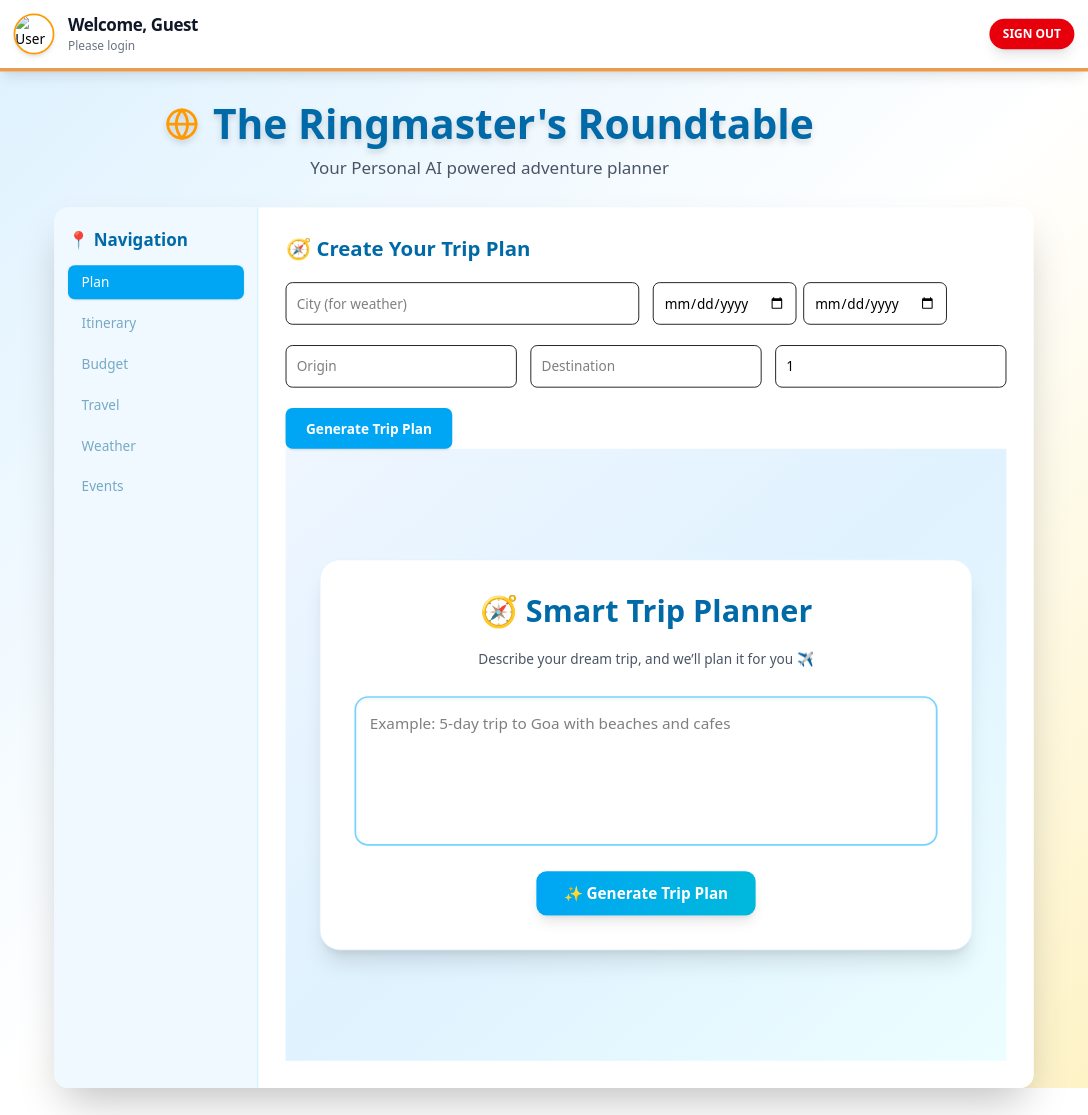
Repository: vega2006/The-Ringmaster-s-Roundtable
Page: /prompt (app in client/)
These files come from the project's save history. The page is drawn as it stood at one moment and after the next save; the edit follows.
The browser window is 1280 px wide. The pictures show the whole page, at 85% of full size.
The page's requests for data from a server got no answer. The project was rebuilt for these pictures with package versions that can differ from the ones it lists, and the page was loaded fresh each time. No one was signed in, and anything a server would have sent is missing. Also part of the build but not shown: client/vite.config.js, client/src/components/GoogleLogin.jsx, client/src/components/NotFound.jsx, client/src/components/WeatherContent.jsx, client/src/components/TravelContent.jsx, client/src/components/ItineraryContent.jsx, client/src/components/BudgetContent.jsx, client/src/components/EventsContent.jsx and 2 more.

Above is the page before, as saved 2025-10-08 23:34:04.

### client/src/App.jsx


import { GoogleOAuthProvider } from "@react-oauth/google";
import GoogleLogin from "./components/GoogleLogin";
import { BrowserRouter, Route, Routes, Navigate } from 'react-router-dom';
import { useState } from 'react';
import RefreshHandler from './components/RefreshHandler';
import NotFound from './components/NotFound';
import Dashboard from "./pages/Dashboard";
import Home from "./pages/Home";
import AIDashboard from "./pages/AIDashboard";
export default function App() {
  const [isAuthenticated, setIsAuthenticated] = useState(false);

  const GoogleWrapper = () => (
    <GoogleOAuthProvider clientId="1054190178825-cc3eg87b9uvh9hfn384ge5sqe5hq9l5v.apps.googleusercontent.com">
      <GoogleLogin />
    </GoogleOAuthProvider>
  );

  const PrivateRoute = ({ element }) => {
    return isAuthenticated ? element : element;
  };

  return (
    <BrowserRouter>
      <RefreshHandler setIsAuthenticated={setIsAuthenticated} />
      <Routes>
        {/* Public route for the Home page, where users can sign in */}
        <Route path="/" element={<Home isAuthenticated={isAuthenticated} />} />

        {/* This is the login page. Redirect to home after login. */}
        <Route path="/login" element={<GoogleWrapper />} />

        {/* This is the protected dashboard route */}
        <Route path='/dashboard' element={<PrivateRoute element={<Dashboard />} />} />
         <Route path='/prompt' element={<PrivateRoute element={<AIDashboard />} />} />

        {/* Catch-all route for invalid URLs */}
        <Route path="*" element={<NotFound />} />
      </Routes>
    </BrowserRouter>
  );
}

### client/src/components/RefreshHandler.jsx
import React, { useEffect } from 'react';
import { useLocation, useNavigate } from 'react-router-dom';

function RefrshHandler({ setIsAuthenticated }) {
    const location = useLocation();
    const navigate = useNavigate();

    useEffect(() => {
        const data = localStorage.getItem('user-info');
        const token = JSON.parse(data)?.token;
        if (token) {
            setIsAuthenticated(true);
            if (location.pathname === '/' ||
                location.pathname === '/login'
            ) {
                navigate('/dashboard', { replace: false });
            }
        }
    }, [location, navigate, setIsAuthenticated])

    return (
        null
    )
}

export default RefrshHandler

### client/src/pages/AIDashboard.jsx
;

import {TripProvider } from "../contexts/TripContext";
import AppHeader from "../components/AppHeader";
import Sidebar from "../components/Sidebar";
import MainContent from "../components/MainContent";
import ContentRouter from "../components/ContentRouter";
import React, { useEffect, useState } from 'react'
import { useNavigate } from 'react-router-dom';
import PlanByPrompt from "../components/PlanByPrompt";
const AIDashboard = () => {

     const [userInfo, setUserInfo] = useState(null);
    const navigate = useNavigate();

    useEffect(()=>{
        const data = localStorage.getItem('user-info');
        const userData = JSON.parse(data);
        setUserInfo(userData);
    },[])

    const handleLogout = ()=>{
        localStorage.removeItem('user-info');
        navigate('/login');
    }


  return (
    <div>
      <div className="sticky top-0 z-10 bg-white shadow-lg p-3 sm:p-4 border-b-4 border-amber-600/70">
                <div className="max-w-7xl mx-auto flex justify-between items-center">

                    {/* User Info Display */}
                    <div className="flex items-center space-x-4">
                        <img
                            className="w-12 h-12 rounded-full object-cover shadow-md border-2 border-amber-500"
                            src={userInfo?.image}
                            alt={userInfo?.name || 'User'}
                            onError={(e) => { e.target.onerror = null; e.target.src="https://placehold.co/40x40/FFC107/333?text=?" }}
                        />
                        <div className="hidden sm:block">
                            <h1 className="text-xl font-bold text-gray-900 tracking-tight">Welcome, {userInfo?.name || 'Guest'}</h1>
                            <h3 className="text-sm text-gray-500">{userInfo?.email || 'Please login'}</h3>
                        </div>
                        <div className="sm:hidden text-lg font-bold text-gray-900">
                           {userInfo?.name ? `Hello, ${userInfo.name.split(' ')[0]}!` : 'Hello!'}
                        </div>
                    </div>

                    {/* Logout Button (Stylized and positioned on the right) */}
                    <button
                        onClick={handleLogout}
                        className="px-4 py-2 bg-red-600 text-white font-semibold rounded-full shadow-lg hover:bg-red-700
                                   transition duration-150 transform hover:scale-[1.02] active:scale-95
                                   focus:outline-none focus:ring-4 focus:ring-red-300 uppercase text-sm"
                    >
                        Sign Out
                    </button>
                </div>
            </div>

      <TripProvider>

        <div className="min-h-screen bg-gradient-to-br from-sky-100 via-white to-amber-100 font-inter">
          <AppHeader />
          <div className="max-w-6xl mx-auto grid grid-cols-1 md:grid-cols-[240px_1fr] bg-white shadow-2xl rounded-2xl overflow-hidden mt-4 mb-8">
            <Sidebar />


            <MainContent>

                         <ContentRouter />
                          <PlanByPrompt/>
                       </MainContent>

          </div>
        </div>
    </TripProvider>

    </div>
  )
}
export default AIDashboard

### client/src/api/api.jsx
import axios from "axios";

const API_BASE = `${import.meta.env.VITE_BACKEND_URL}/api`;


const api = axios.create({
    baseURL: "http://localhost:4000/auth/",
    // withCredentials: true,
});

export const googleAuth = (code) => api.get(`/google?code=${code}`);


export const getWeather = (city, travelDate) =>
  axios.get(`${API_BASE}/weather?city=${encodeURIComponent(city)}&travelDate=${encodeURIComponent(travelDate)}`);
;

export const getRoute = (origin, destination, travelDate) =>
  axios.get(`${API_BASE}/maps?origin=${encodeURIComponent(origin)}&destination=${encodeURIComponent(destination)}&travelDate=${encodeURIComponent(travelDate)}`);


export const getEvents = (destination, startTravelDate, endTravelDate) =>
  axios.get(`${API_BASE}/events`, {
    params: {
      city: destination,
      startDate: startTravelDate,
      endDate: endTravelDate,
    },
  });

export const getTripBudget = async (payload) => {
  // console.log(payload);
  return axios.post(`${API_BASE}/budget`, payload);
};


export const getItinerary = async (destination,    startDate, endDate) => {
  return axios.post(`${API_BASE}/itinerary/generate`, {
      destination,
      startDate,
      endDate,
    });
};

### client/src/contexts/TripContext.jsx
import { createContext, useContext, useState, useMemo } from "react";
import { getWeather, getRoute, getTripBudget } from "../api/api";
import { API_URL, RESPONSE_SCHEMA } from "../utils/constants";

const TripContext = createContext(null);

export const useTrip = () => {
  const context = useContext(TripContext);
  if (!context) throw new Error("useTrip must be used within a TripProvider");
  return context;
};
const calculateDuration = (start, end) => {
  if (!start || !end) return 0;

  const startDate = new Date(start + "T00:00:00Z");
  const endDate = new Date(end + "T00:00:00Z");

  if (isNaN(startDate.getTime()) || isNaN(endDate.getTime())) return 0;

  const timeDifference = endDate.getTime() - startDate.getTime();

  const dayDifference = Math.round(timeDifference / (1000 * 3600 * 24));

  return Math.max(1, dayDifference + 1);
};
export const TripProvider = ({ children }) => {
  const [prompt, setPrompt] = useState("");
  const [tripPlan, setTripPlan] = useState(null);
  const [isLoading, setIsLoading] = useState(false);
  const [error, setError] = useState(null);

  const [city, setCity] = useState("");
  const [origin, setOrigin] = useState("");
  const [destination, setDestination] = useState("");
  const [startTravelDate, setStartTravelDate] = useState("");
  const [endTravelDate, setEndTravelDate] = useState("");

  const [activeTab, setActiveTab] = useState("Plan");
  const [manualWeather, setManualWeather] = useState(null);
  const [manualRoute, setManualRoute] = useState(null);

  const [eventsCache, setEventsCache] = useState({});
  const [budgetEstimate, setBudgetEstimate] = useState(null);
  const [numPeople, setNumPeople] = useState(1);

  const isLLMPlanning = useMemo(() => prompt.trim().length > 0, [prompt]);
  const isManualLookup = useMemo(
    () => !isLLMPlanning && (city || (origin && destination)),
    [isLLMPlanning, city, origin, destination]
  );
  const isResultAvailable = tripPlan || manualWeather || manualRoute;

  const generateTripPlan = async () => {
    if (!isLLMPlanning && !isManualLookup) {
      setError(
        "Please enter a detailed prompt OR fill out the City/Route fields."
      );
      return;
    }

    setIsLoading(true);
    setError(null);
    setTripPlan(null);
    setManualWeather(null);
    setManualRoute(null);

    if (isLLMPlanning) {
      // setActiveTab("Itinerary");
      // let fullPrompt = prompt;
      // if (city) fullPrompt += ` (Focus City: ${city})`;
      // if (origin && destination)
      //   fullPrompt += ` (Route: ${origin} to ${destination})`;
      // if (startTravelDate) fullPrompt += ` (Starting Date: ${startTravelDate})`;

      // const payload = {
      //   contents: [{ parts: [{ text: fullPrompt }] }],
      //   systemInstruction: {
      //     parts: [{ text: "Generate a structured trip plan." }],
      //   },
      //   generationConfig: {
      //     responseMimeType: "application/json",
      //     responseSchema: RESPONSE_SCHEMA,
      //   },
      //   tools: [{ google_search: {} }],
      // };

      // try {
      //   const res = await fetch(API_URL, {
      //     method: "POST",
      //     headers: { "Content-Type": "application/json" },
      //     body: JSON.stringify(payload),
      //   });

      //   const result = await res.json();
      //   const jsonText = result.candidates?.[0]?.content?.parts?.[0]?.text;
      //   setTripPlan(jsonText ? JSON.parse(jsonText) : null);
      // } catch (err) {
      //   setError(`Failed to process the plan: ${err.message}`);
      // }
    } else {
      setActiveTab("Weather");
      const tripDuration = calculateDuration(startTravelDate, endTravelDate);
      setTripPlan({ ...tripPlan, duration_days: tripDuration });
      if (city && startTravelDate) {
        const weatherRes = await getWeather(city, startTravelDate);
        setManualWeather(weatherRes.data);
        // console.log(weatherRes.data);
      }
      if (origin && destination && startTravelDate) {
        const routeRes = await getRoute(origin, destination, startTravelDate);
        setManualRoute({
          ...routeRes.data,
          origin,
          destination,
          transport: "Road",
        });
      }
      if (origin && destination && startTravelDate && endTravelDate) {
            try {
                const tripData = {
                    origin,
                    destination,
                    startTravelDate,
                    endTravelDate,

                    numPeople: numPeople,
                };


                const budgetRes = await getTripBudget(tripData);
                // console.log(budgetRes.data);


                setBudgetEstimate(budgetRes.data);
                // console.log(budgetEstimate);

                setActiveTab("Budget");

            } catch (err) {
                console.error("Budget estimation failed:", err);
                setError("Failed to calculate budget. Please check server connection.");
            }
        }
    }
    setIsLoading(false);
  };

  return (
    <TripContext.Provider
      value={{
        activeTab,
        setActiveTab,
        isLoading,
        error,
        isResultAvailable,
        prompt,
        setPrompt,
        city,
        setCity,
        origin,
        setOrigin,
        destination,
        setDestination,
        startTravelDate,
        setStartTravelDate,
        endTravelDate,
        setEndTravelDate,
        tripPlan,
        manualWeather,
        setManualWeather,
        manualRoute,
        generateTripPlan,
        isLLMPlanning,
        isManualLookup,
        eventsCache,
        setEventsCache,
        numPeople,
        setNumPeople,
        budgetEstimate,
        setBudgetEstimate
      }}
    >
      {children}
    </TripContext.Provider>
  );
};

### client/src/components/AppHeader.jsx
import React from 'react';
import { Globe } from 'lucide-react';

const AppHeader = () => (
    <div className="w-full max-w-6xl text-center pt-8 pb-4">
        <h1 className="text-4xl sm:text-5xl font-extrabold text-sky-700 drop-shadow-lg leading-tight flex items-center justify-center">
            <Globe className="w-8 h-8 sm:w-10 sm:h-10 mr-4 text-amber-500" />
            The Ringmaster's Roundtable
        </h1>
        <p className="text-center text-lg sm:text-xl text-gray-600 mt-2">Your Personal AI powered adventure planner</p>
    </div>
);

export default AppHeader;

### client/src/components/Sidebar.jsx
import { useTrip } from "../contexts/TripContext";
import { TABS } from "../utils/constants";

export default function Sidebar() {
  const { activeTab, setActiveTab, isResultAvailable } = useTrip();

  return (
    <aside className="bg-sky-50 border-r border-sky-200 py-6 px-4">
      <h2 className="text-xl font-semibold mb-4 text-sky-700">📍 Navigation</h2>
      <nav className="flex flex-col space-y-2">
        {TABS.map((tab) => (
          <button
            key={tab}
            disabled={tab !== "Plan" && !isResultAvailable}
            onClick={() => setActiveTab(tab)}
            className={`px-4 py-2 text-left rounded-lg font-medium transition-all ${
              activeTab === tab
                ? "bg-sky-500 text-white shadow"
                : "hover:bg-sky-100 text-sky-800"
            } ${tab !== "Plan" && !isResultAvailable ? "opacity-50 cursor-not-allowed" : ""}`}
          >
            {tab}
          </button>
        ))}
      </nav>
    </aside>
  );
}

### client/src/components/MainContent.jsx
export default function MainContent({ children }) {
  return (
    <main className="p-8 bg-white overflow-y-auto">
      {children}
    </main>
  );
}

### client/src/components/ContentRouter.jsx
import { useTrip } from "../contexts/TripContext";
import PlanInput from "./PlanInput";
import WeatherContent from "./WeatherContent";
import TravelContent from "./TravelContent";
import ItineraryContent from "./ItineraryContent";
import BudgetContent from "./BudgetContent";
import EventsContent from "./EventsContent";

export default function ContentRouter() {
  const { activeTab } = useTrip();

  switch (activeTab) {
    case "Plan": return <PlanInput />;
    case "Weather": return <WeatherContent />;
    case "Travel": return <TravelContent />;
    case "Itinerary": return <ItineraryContent />;
    case "Budget": return <BudgetContent />;
    case "Events": return <EventsContent />;
    default: return <PlanInput />;
  }
}

### client/src/components/PlanByPrompt.jsx
import { useState } from "react";
import ReactMarkdown from "react-markdown";
import { useTrip } from "../contexts/TripContext";

// Helper function to get the current date in YYYY-MM-DD format (required for HTML date input min)
const getTodayDate = () => {
  const today = new Date();
  const year = today.getFullYear();
  const month = String(today.getMonth() + 1).padStart(2, '0');
  const day = String(today.getDate()).padStart(2, '0');
  return `${year}-${month}-${day}`;
};
export default function PlanByPrompt() {
  const [prompt, setPrompt] = useState("");
  const [isLoading, setIsLoading] = useState(false);
  const [result, setResult] = useState(null);

  const {activeTab, setActiveTab,manualWeather,setManualWeather}=useTrip();
  const generate = async () => {
    if (!prompt.trim()) {
      alert("Please describe your trip before generating!");
      return;
    }

    setIsLoading(true);
    try {
      const response = await fetch("http://localhost:4000/api/mcp-server", {
        method: "POST",
        headers: { "Content-Type": "application/json" },
        body: JSON.stringify({ prompt }),
      });

      const data = await response.json();
      setResult(data.finalResponse.kwargs.content);
      console.log(data.weather);
      setManualWeather(data.weather);
      setActiveTab("Weather");
    } catch (err) {
      console.error("Error generating trip plan:", err);
      alert("Failed to generate trip plan. Please try again.");
    } finally {
      setIsLoading(false);
    }
  };

  return (
    <div className="min-h-screen bg-gradient-to-br from-blue-50 via-sky-100 to-cyan-50 flex flex-col items-center justify-center p-6">
      <div className="w-full max-w-3xl bg-white rounded-3xl shadow-xl p-10 border border-sky-100">
        {/* Header */}
        <h1 className="text-4xl font-extrabold text-sky-700 text-center mb-6">
          🧭 Smart Trip Planner
        </h1>
        <p className="text-gray-600 text-center mb-8">
          Describe your dream trip, and we’ll plan it for you ✈️
        </p>

        {/* Prompt Input */}
        <textarea
          placeholder="Example: 5-day trip to Goa with beaches and cafes"
          value={prompt}
          onChange={(e) => setPrompt(e.target.value)}
          rows="5"
          className="w-full p-4 border-2 border-sky-300 rounded-2xl shadow-inner focus:ring-2 focus:ring-sky-500 outline-none text-lg resize-none transition-all duration-200"
        />

        {/* Generate Button */}
        <div className="flex justify-center mt-6">
          <button
            onClick={generate}
            disabled={isLoading}
            className={`px-8 py-3 text-lg font-semibold text-white rounded-xl shadow-lg transition-all duration-300 ${
              isLoading
                ? "bg-sky-400 cursor-not-allowed"
                : "bg-gradient-to-r from-sky-500 to-cyan-500 hover:from-sky-600 hover:to-cyan-600"
            }`}
          >
            {isLoading ? "Planning..." : "✨ Generate Trip Plan"}
          </button>
        </div>

       {/* Result Display */}
{result && !isLoading && (
  <div className="mt-10 p-6 bg-gradient-to-br from-white via-sky-50 to-blue-50 border border-sky-200 rounded-2xl shadow-inner max-h-[400px] overflow-y-auto transition-all duration-300">
    <h2 className="text-2xl font-bold text-sky-700 mb-4 text-center">
      🗺️ Your Trip Plan
    </h2>
    <div className="prose prose-sky max-w-none text-gray-800 leading-relaxed">
      <ReactMarkdown>{result}</ReactMarkdown>
    </div>
  </div>
)}
      </div>
    </div>
  );
}

### client/src/utils/constants.jsx
export const API_KEY = "";
export const API_URL = `https://generativelanguage.googleapis.com/v1beta/models/gemini-2.5-flash-preview-05-20:generateContent?key=${API_KEY}`;

export const TABS = ["Plan", "Itinerary", "Budget", "Travel", "Weather", "Events"];

export const RESPONSE_SCHEMA = {
  type: "OBJECT",
  properties: {
    destination: { type: "STRING" },
    duration_days: { type: "NUMBER" },
    summary: { type: "STRING" },
    itinerary: {
      type: "ARRAY",
      items: {
        type: "OBJECT",
        properties: {
          day: { type: "NUMBER" },
          date: { type: "STRING" },
          activities: { type: "ARRAY", items: { type: "STRING" } },
        },
      },
    },
  },
};

### client/src/components/PlanInput.jsx
import { useTrip } from "../contexts/TripContext";

export default function PlanInput() {
  const {
    prompt, setPrompt,
    city, setCity,
    origin, setOrigin,
    destination, setDestination,
    startTravelDate, setStartTravelDate,
    endTravelDate, setEndTravelDate,
    generateTripPlan,
    isLoading, error,
    numPeople, setNumPeople
  } = useTrip();

  return (
    <div className="space-y-6">
      <h2 className="text-2xl font-semibold text-sky-700">🧭 Create Your Trip Plan</h2>

      <div className="grid grid-cols-1 md:grid-cols-2 gap-4">
        <input
          type="text"
          placeholder="City (for weather)"
          value={city}
          onChange={(e) => setCity(e.target.value)}
          className="p-3 border rounded-lg focus:ring-2 focus:ring-sky-400"
        />
        <div className="flex space-x-2">
          <input
            type="date"
            value={startTravelDate}
            onChange={(e) => setStartTravelDate(e.target.value)}
            className="p-3 border rounded-lg focus:ring-2 focus:ring-sky-400"
            placeholder="Start Date"
          />
          <input
            type="date"
            value={endTravelDate}
            onChange={(e) => setEndTravelDate(e.target.value)}
            className="p-3 border rounded-lg focus:ring-2 focus:ring-sky-400"
            placeholder="End Date"
          />
        </div>
      </div>

      <div className="grid grid-cols-1 md:grid-cols-3 gap-4">
        <input
          type="text"
          placeholder="Origin"
          value={origin}
          onChange={(e) => setOrigin(e.target.value)}
          className="p-3 border rounded-lg focus:ring-2 focus:ring-sky-400"
        />
        <input
          type="text"
          placeholder="Destination"
          value={destination}
          onChange={(e) => setDestination(e.target.value)}
          className="p-3 border rounded-lg focus:ring-2 focus:ring-sky-400"
        />
        <input
          type="number"
          min="1"
          value={numPeople}
          onChange={(e) => setNumPeople(e.target.value)}
          className="p-3 border rounded-lg focus:ring-2 focus:ring-sky-400"
          placeholder="Number of People"
        />
      </div>

      {error && <p className="text-red-500 text-sm">{error}</p>}

      <button
        onClick={generateTripPlan}
        disabled={isLoading}
        className="bg-sky-500 text-white font-semibold px-6 py-3 rounded-lg shadow hover:bg-sky-600 transition-all"
      >
        {isLoading ? "Planning..." : "Generate Trip Plan"}
      </button>
    </div>
  );
}

Loaded but not shown: client/index.html (common file); client/src/main.jsx (common file); client/src/index.css (common file)

After the next save:
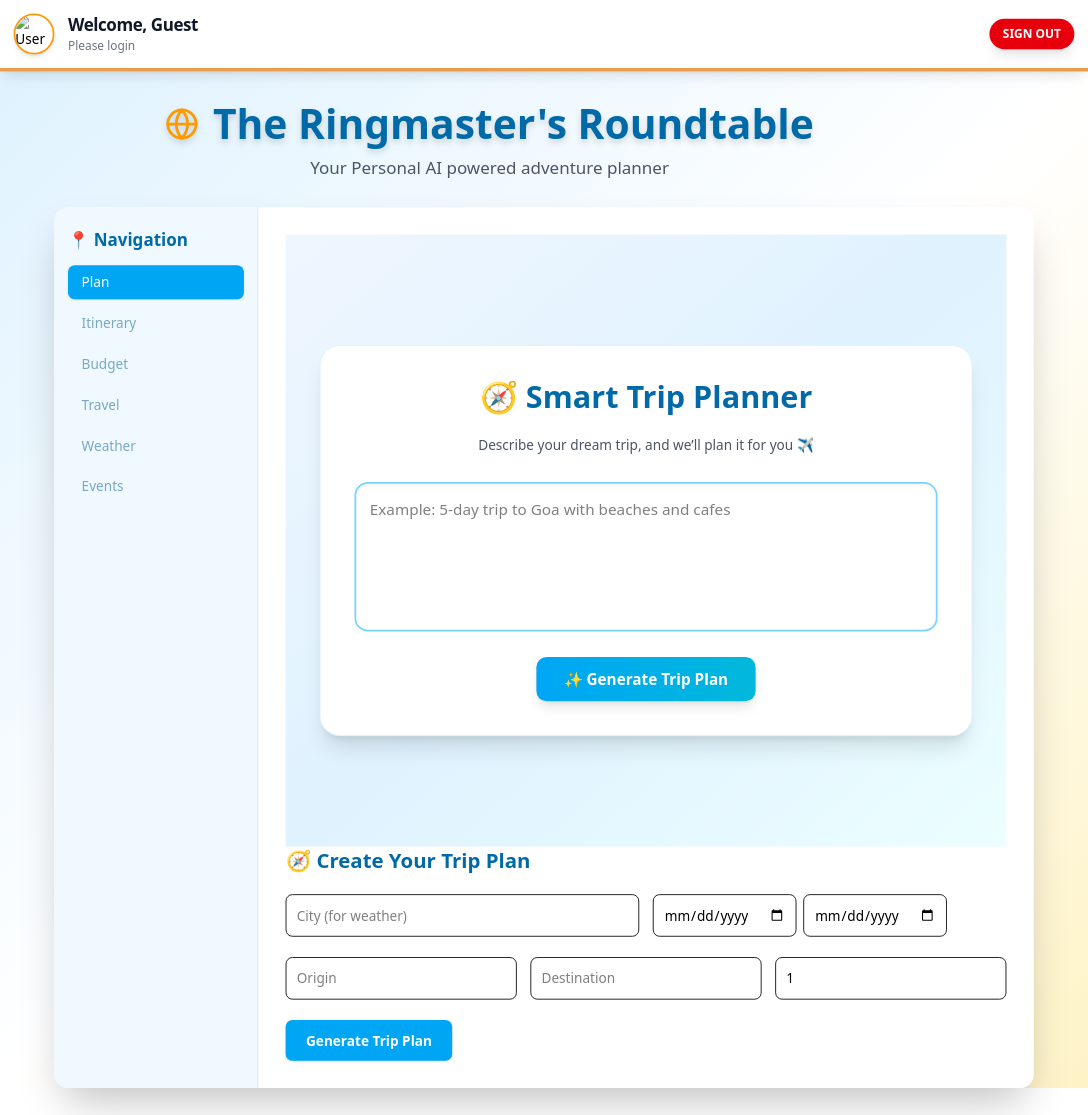
Saved 12 s later.
--- a/client/src/pages/AIDashboard.jsx
+++ b/client/src/pages/AIDashboard.jsx
@@ -69,8 +69,9 @@ const AIDashboard = () => {
 
             <MainContent>
 
-                         <ContentRouter />
+
                           <PlanByPrompt/>
+                            <ContentRouter />
                        </MainContent>
 
           </div>
